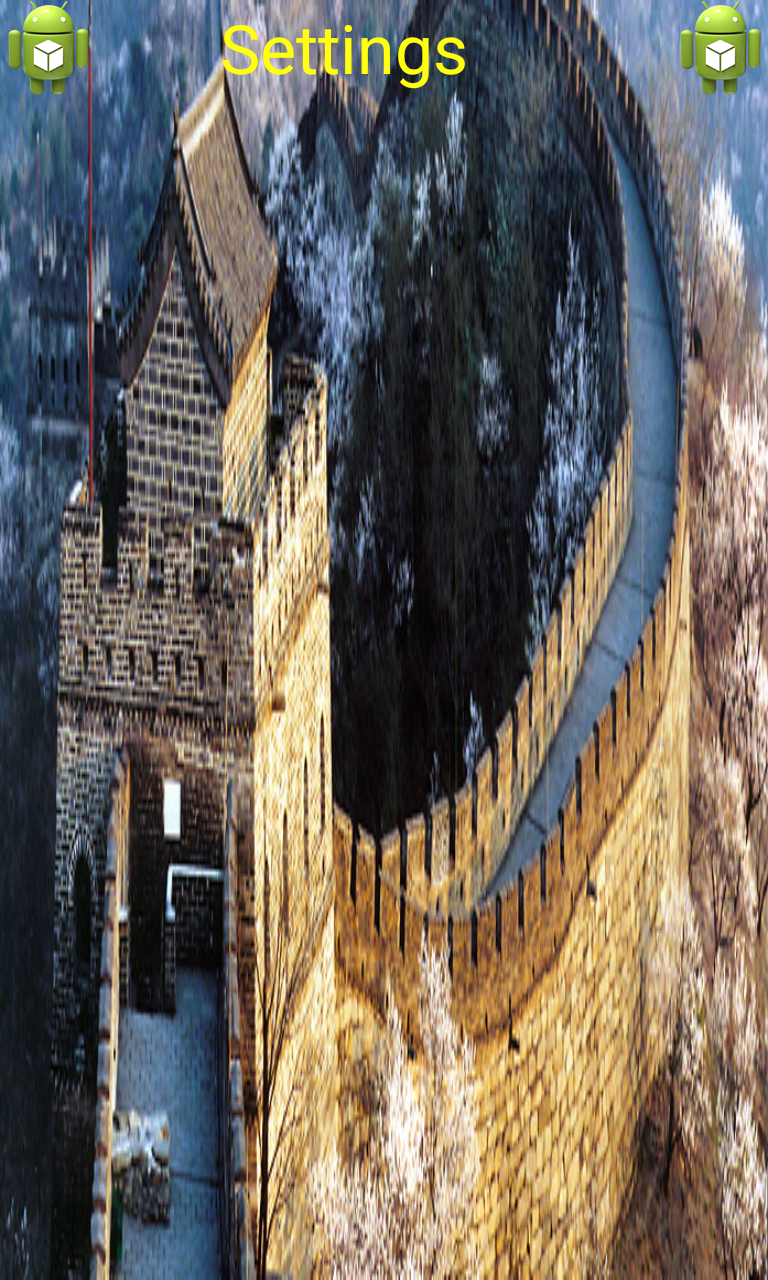
Repository: wzbbbb/bkp_home
Layout: java/BeenThere,DoneThat!/res/layout/activity_quitzsettings.xml
The author's editor kept a copy of each file at every save. The layout is drawn from the files as they stood at one save, then again after the next save.
It is drawn on a 768 x 1280 px phone screen (xhdpi) without system bars, with theme AppTheme; the app's code is not run.

Above is the layout before, as saved 2013-09-26 00:53:43.

After the next save:
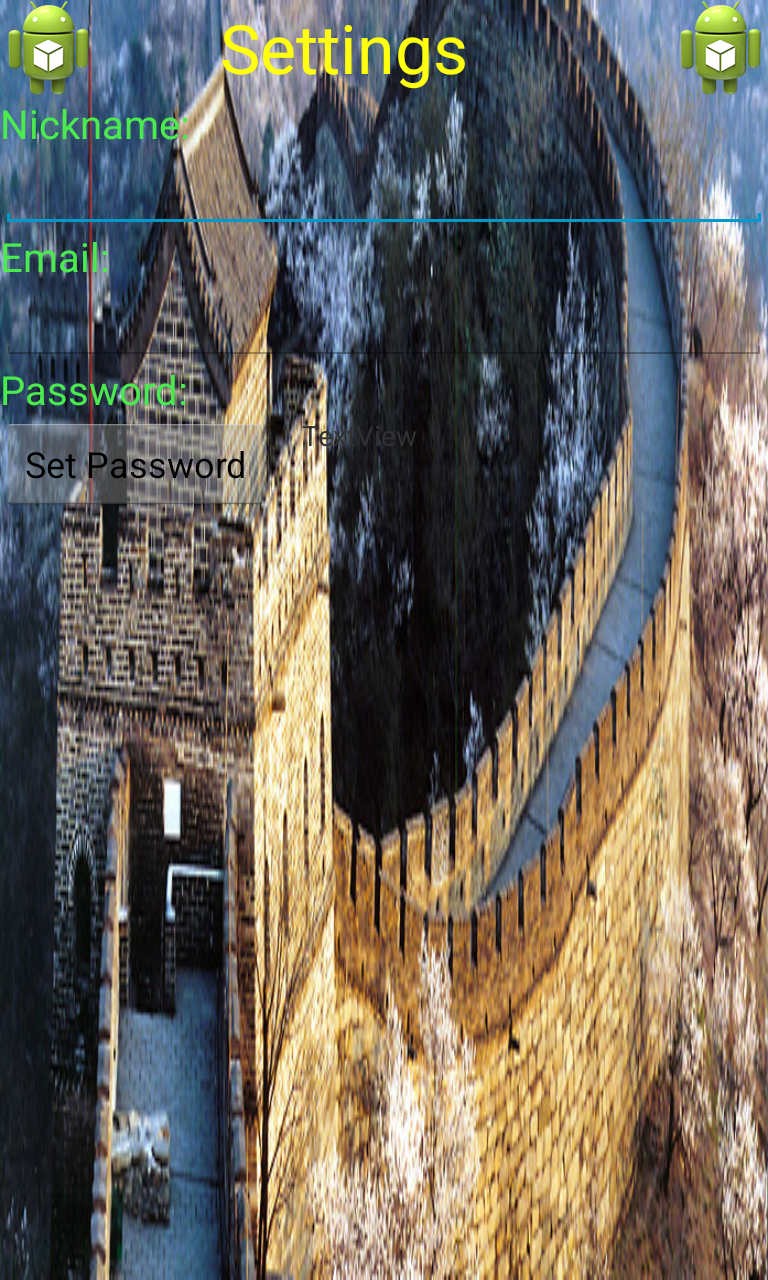
Saved 12 min 59 s later.
--- a/java/BeenThere,DoneThat!/res/layout/activity_quitzsettings.xml
+++ b/java/BeenThere,DoneThat!/res/layout/activity_quitzsettings.xml
@@ -49,6 +49,66 @@
             android:layout_width="match_parent"
             android:layout_height="match_parent"
             android:orientation="vertical" >
+
+            <TextView
+                android:id="@+id/textView2"
+                android:layout_width="wrap_content"
+                android:layout_height="wrap_content"
+                android:text="@string/nickname"
+                android:textColor="@color/selected"
+                android:textSize="@dimen/header" />
+
+            <EditText
+                android:id="@+id/editText1"
+                android:layout_width="match_parent"
+                android:layout_height="wrap_content"
+                android:ems="10" >
+
+                <requestFocus />
+            </EditText>
+
+            <TextView
+                android:id="@+id/textView3"
+                android:layout_width="wrap_content"
+                android:layout_height="wrap_content"
+                android:text="@string/email"
+                android:textColor="@color/selected"
+                android:textSize="@dimen/header" />
+
+            <EditText
+                android:id="@+id/editText2"
+                android:layout_width="match_parent"
+                android:layout_height="wrap_content"
+                android:ems="10"
+                android:inputType="textEmailAddress" />
+
+            <TextView
+                android:id="@+id/textView4"
+                android:layout_width="wrap_content"
+                android:layout_height="wrap_content"
+                android:text="@string/password"
+                android:textColor="@color/selected"
+                android:textSize="@dimen/header" />
+
+            <LinearLayout
+                android:layout_width="match_parent"
+                android:layout_height="wrap_content" >
+
+                <Button
+                    android:id="@+id/button1"
+                    android:layout_width="wrap_content"
+                    android:layout_height="wrap_content"
+                    android:layout_marginRight="@dimen/activity_horizontal_margin"
+                    android:text="@string/but_pwd" />
+
+                <TextView
+                    android:id="@+id/textView5"
+                    android:layout_width="match_parent"
+                    android:layout_height="match_parent"
+                    android:text="TextView" />
+
+            </LinearLayout>
+
         </LinearLayout>
     </ScrollView>
 
